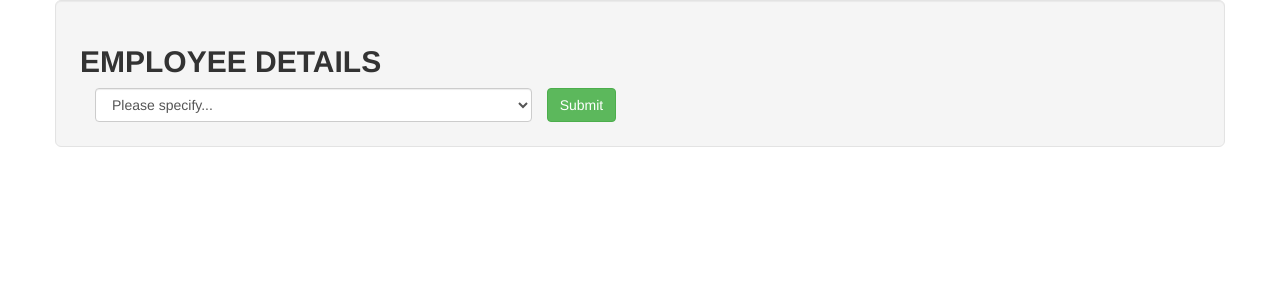
Repository: royakash07/FirstWebApplication
Page: http://localhost/SampleWebApplication/Details.jsp
These files come from the project's save history. The page is drawn as it stood at one moment and after the next save; the edit follows.
The browser window is 1280 px wide. The pictures show the whole page.
Some web libraries are served in a nearby version. The page is served by Tomcat 9.

Above is the page before, as saved 2017-11-30 18:30:56.
Console error: SyntaxError: Unexpected token 'else'

After the next save:
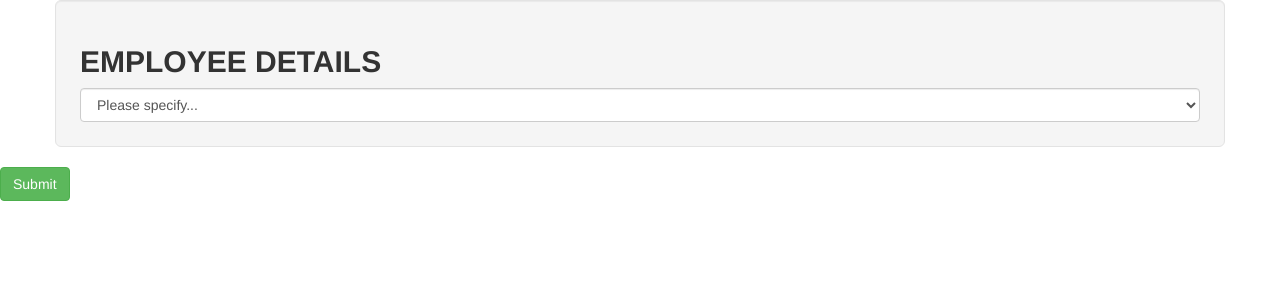
Saved 112 s later.
--- a/SampleWebApplication/WebContent/Details.jsp
+++ b/SampleWebApplication/WebContent/Details.jsp
@@ -21,7 +21,6 @@ function showfield(name){
 </script>
 <div class="container well well-lg">
 <h2><strong>EMPLOYEE DETAILS</strong></h2>
-<div class="col-sm-5">
 <select class="form-control" name="empDetails" onchange="showfield(this.options[this.selectedIdex].value)">
 <option selected="selected">Please specify...</option>
 <option value="1">All Details</option>
